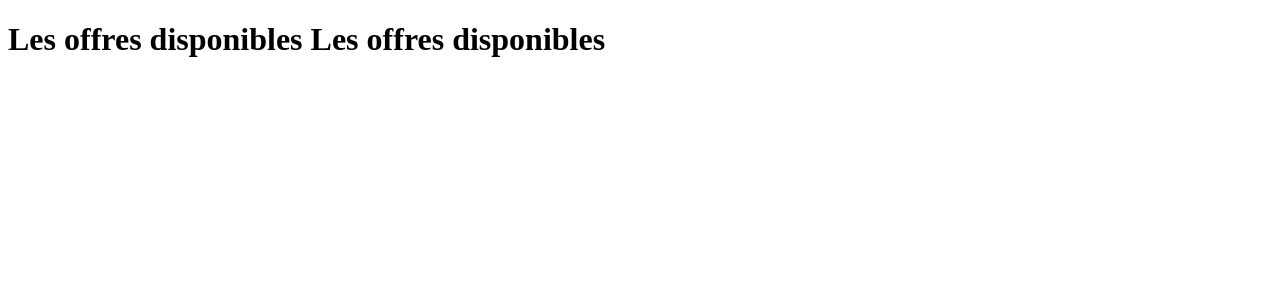
Repository: lysianebo/OHMYFOOD
Page: perso/cartes-tournantes/cartes.html
An editor plug-in stored every save of this project. The page is shown before and after the next save, followed by the edit.
The browser window is 1280 px wide. The pictures show the whole page.

Above is the page before, as saved 2022-10-21 15:26:02.

After the next save:
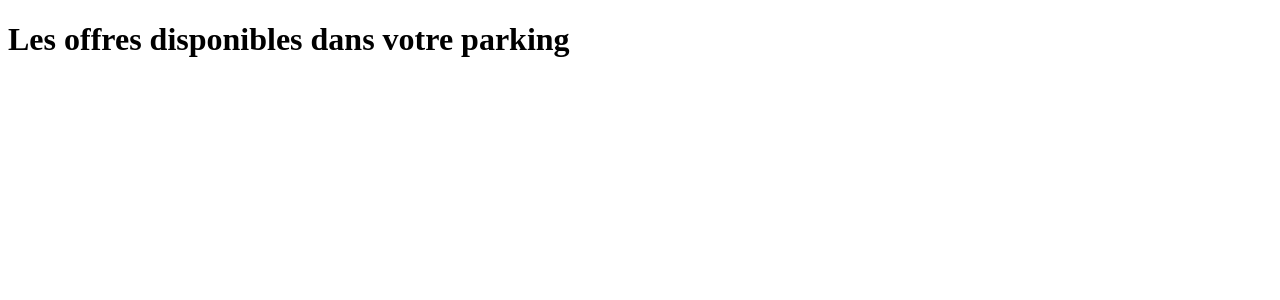
Saved 19 s later.
--- a/perso/cartes-tournantes/cartes.html
+++ b/perso/cartes-tournantes/cartes.html
@@ -11,7 +11,7 @@
 
         <h1>
             <span>Les offres disponibles</span>
-            <span>Les offres disponibles</span>
+            <span>dans votre parking</span>
         </h1>
     </div>
 </body>
